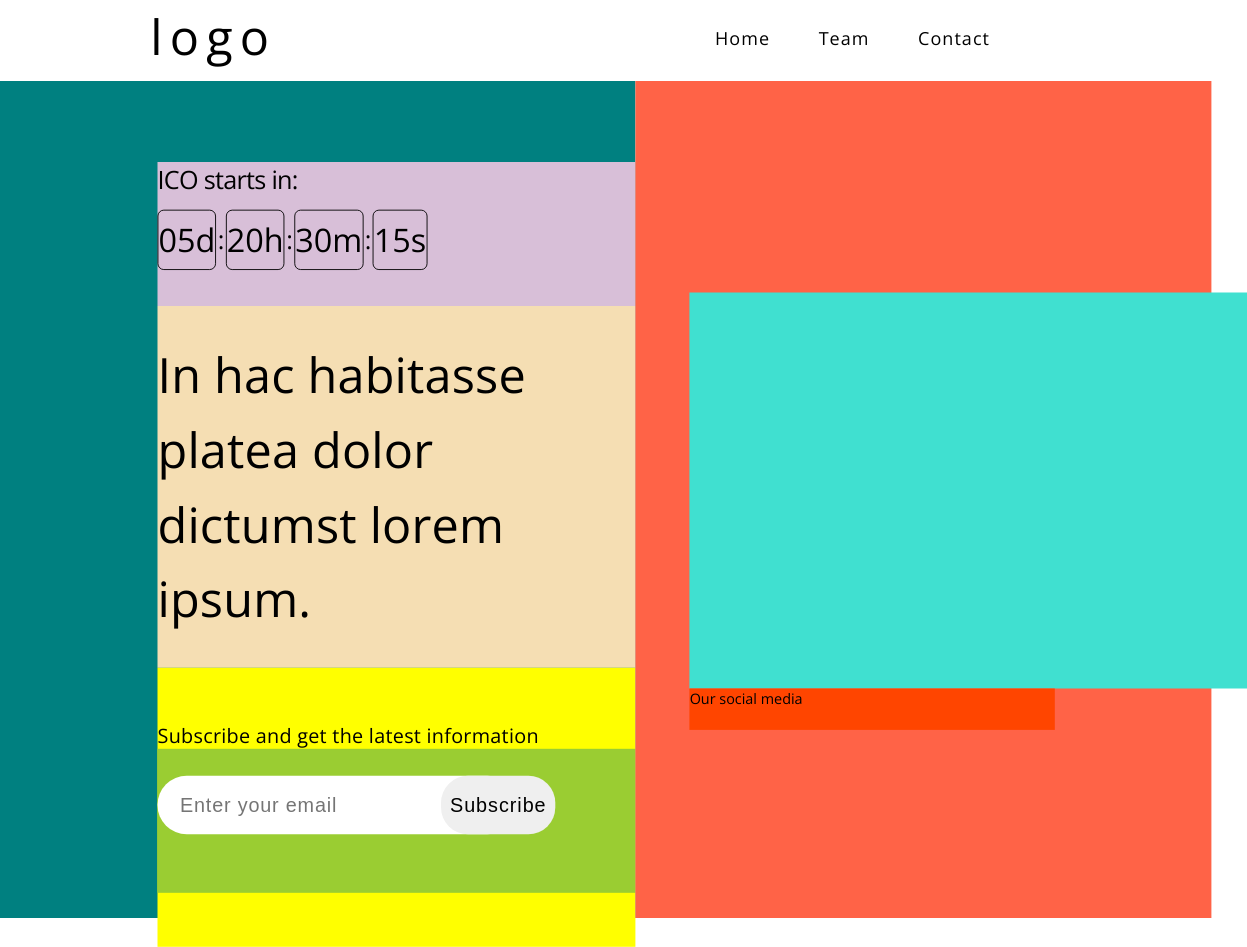
Repository: McGregorSt/newOne
Page: index.html
An editor plug-in stored every save of this project. The page is shown before and after the next save, followed by the edit.
The browser window is 1280 px wide. The page is 1386 px wide, so the pictures cover 1386 px, including what lies to the right of the window. The pictures show the whole page, at 90% of full size.

Above is the page before, as saved 2019-12-13 18:47:16.

### index.html
<!DOCTYPE html>
<html lang="en">
<head>
  <meta charset="UTF-8">
  <meta name="viewport" content="width=device-width, initial-scale=1.0">
  <meta http-equiv="X-UA-Compatible" content="ie=edge">
  <link rel="stylesheet" href="css/style.css">
  <link href="https://fonts.googleapis.com/css?family=Open+Sans:300,300i,400,400i,600,600i,700,700i,800,800i&display=swap" rel="stylesheet">
  <title>Ethworks</title>
</head>
<body>
  <div class="container">
    <section class="header">
      <div class="logo">logo</div>
      <ul class="menu">
        <li class="menu__item">Home</li>
        <li class="menu__item">Team</li>
        <li class="menu__item">Contact</li>
      </ul>
    </section>
    <section class="main">
      <div class="subs">
        <div class="subs__timer">
          <span class="subs__timer__header">ICO starts in:</span>
          <div class="subs__timer__global">
            <div class="subs__timer__item">05d</div>
            <div class="subs__timer__item">:</div>
            <div class="subs__timer__item">20h</div>
            <div class="subs__timer__item">:</div>
            <div class="subs__timer__item">30m</div>
            <div class="subs__timer__item">:</div>
            <div class="subs__timer__item">15s</div>
          </div>
        </div>
        <div class="subs__article">In hac habitasse platea dolor dictumst lorem ipsum.</div>
        <div class="subs__email">
          <span class="subs__email__header">Subscribe and get the latest information</span>
          <div class="subs__email__content">
            <input type="email" class="subs__email__input" placeholder="Enter your email">
            <button type="submit" class="subs__email__button">Subscribe</button>
          </div>
        </div>
      </div>
      <div class="media">
        <div class="media__media">
          <div class="media__player"></div>
          <div class="media__social">
            <span class="media__social__header">Our social media</span>
            <div class="media__social__tt"></div>
            <div class="media__social__fb"></div>
            <div class="media__social__md"></div>
            <div class="media__social__gh"></div>
            <div class="media__social__mail"></div>
        </div>
        </div>
      </div>
    </section>
    <section class="team"></section>
    <section class="footer"></section>
  </div>
</body>
<script src="js/app.js">


</script>
</html>

### css/style.css
body {
  margin: 0;
  padding: 0;
  box-sizing: border-box;
  font-family: 'Open Sans', sans-serif;
  overflow-y: scroll;
}
/* section header */
.header {
  height: 95px;
  margin: auto;
  margin-top: -5px;
  display: flex;
  justify-content: space-between;
  align-items: center;
  padding: 0 180px;
}
.logo {
  margin-left: -13px;
  margin-top: -5px;
  font-size: 54px;
  letter-spacing: 8px;
}
.menu {
  list-style: none;
  display: flex;
  letter-spacing: 1.15px;
  /* font-weight: 300; */
  /* justify-content: space-between; */
  font-size: 20px;
}
.menu__item {
  padding: 0 0 0 54px;
}


/* section main */
.main {
  height: 930px;
  display: flex;
}
.subs {
  width: 50%;
  font-size: 28px;
  background-color: teal;
  display: flex;
  flex-direction: column;
  padding: 90px 0 60px 175px;
}
.subs__timer {
  background-color: thistle;
}
.subs__timer__header {
  letter-spacing: -0.8px;
}
.subs__timer__global {
  width: 56.4%;
  display: flex;
  justify-content: space-between;
  padding: 15px 0 40px 0 ;
}
.subs__timer__item {
  width: 88px;
  height: 65px;
  display: flex;
  justify-content: center;
  align-items: center;
}
.subs__timer__item:nth-child(2n+2) {

}
.subs__timer__item:nth-child(2n+1) {
  width: 40%;
  border: 1px solid #000;
  font-size: 36px;
  border-radius: 7px;
}
.subs__article {
  font-size: 54px;
  letter-spacing: 0.2px;
  line-height: 83px;
  padding: 35px 0;
  background-color: wheat;

}
.subs__email {
  background-color: yellow;
  display: flex;
  flex-direction: column;
  font-size: 22px;
  letter-spacing: 0.3px;
  padding: 60px 0;
}
.subs__email__content {
  background-color: yellowgreen;
  height: 100px;
  padding: 30px 0;
}
.subs__email__input {
  height: 63%;
  width: 70%;
  border-radius: 40px;
  font-size: 22px;
  padding-left: 25px;
  letter-spacing: 0.9px;
  outline: none;
  border: 0;
}
.subs__email__input::placeholder {
  /* padding-left: 25px; */
}
.subs__email__button {
  height: 65%;
  width: 24%;
  margin-left: -90px;
  font-size: 22px;
  letter-spacing: 1.05px;
  border: 0;
  border-radius: 30px;
}

.media {
  /* height: 80%; */
  width: 50%;
  background-color: tomato;
  display: flex;
  flex-direction: column;
  justify-content: space-between;
}
.media__media {
  padding: 235px 0 0 60px;
}
.media__player {
  width: 620px;
  height: 440px;
  background-color: turquoise;
}
.media__social {
  width: 70%;
  height: 10%;
  background-color: orangered;
}



/*
  section team
*/


/* section footer */

### js/app.js
let chi = document.querySelectorAll('.subs__timer__global:nth-child(2n+1)')
console.log(chi)

After the next save:
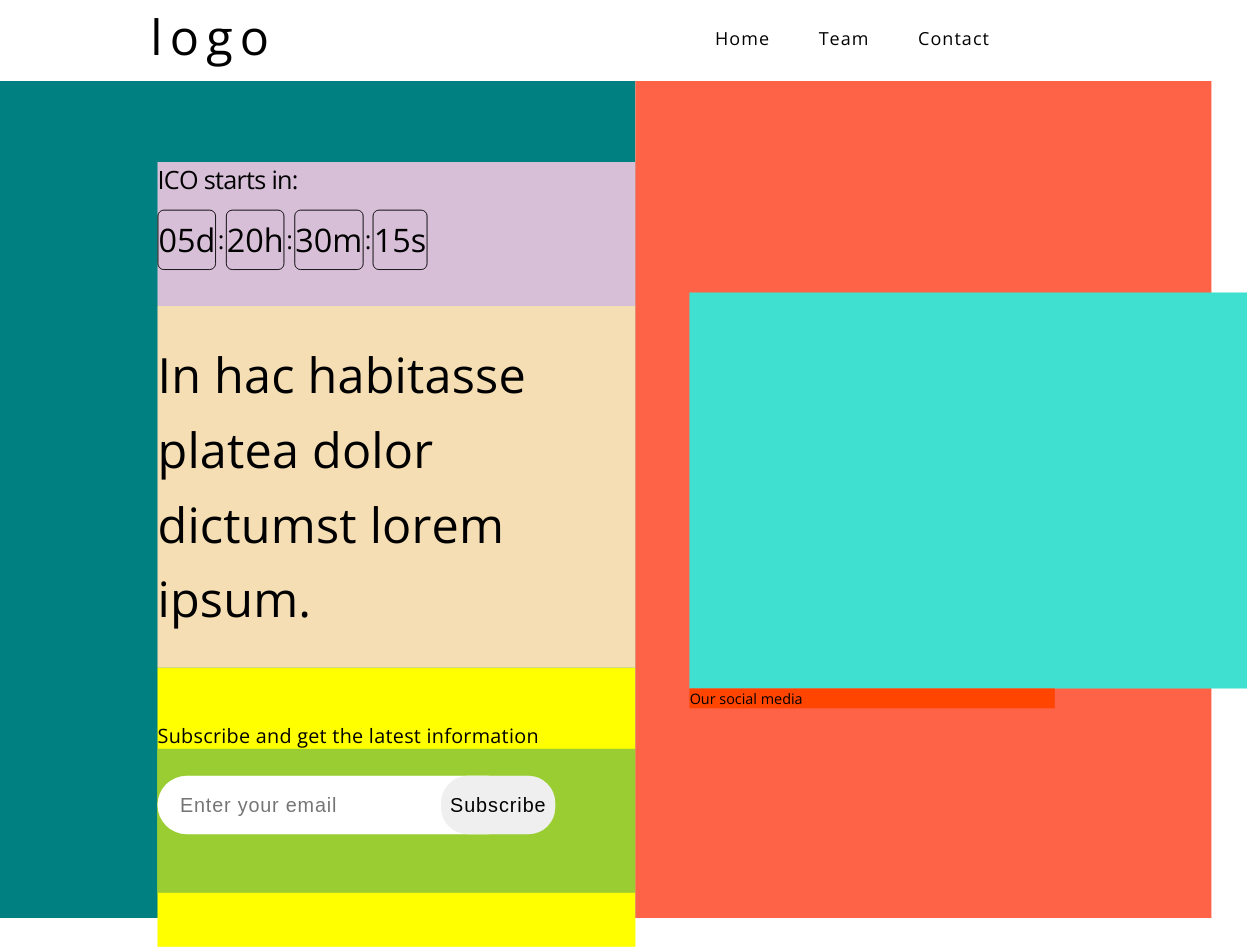
Saved 17 s later.
--- a/css/style.css
+++ b/css/style.css
@@ -123,11 +123,11 @@ body {
   /* height: 80%; */
   width: 50%;
   background-color: tomato;
+}
+.media__media {
   display: flex;
   flex-direction: column;
   justify-content: space-between;
-}
-.media__media {
   padding: 235px 0 0 60px;
 }
 .media__player {
